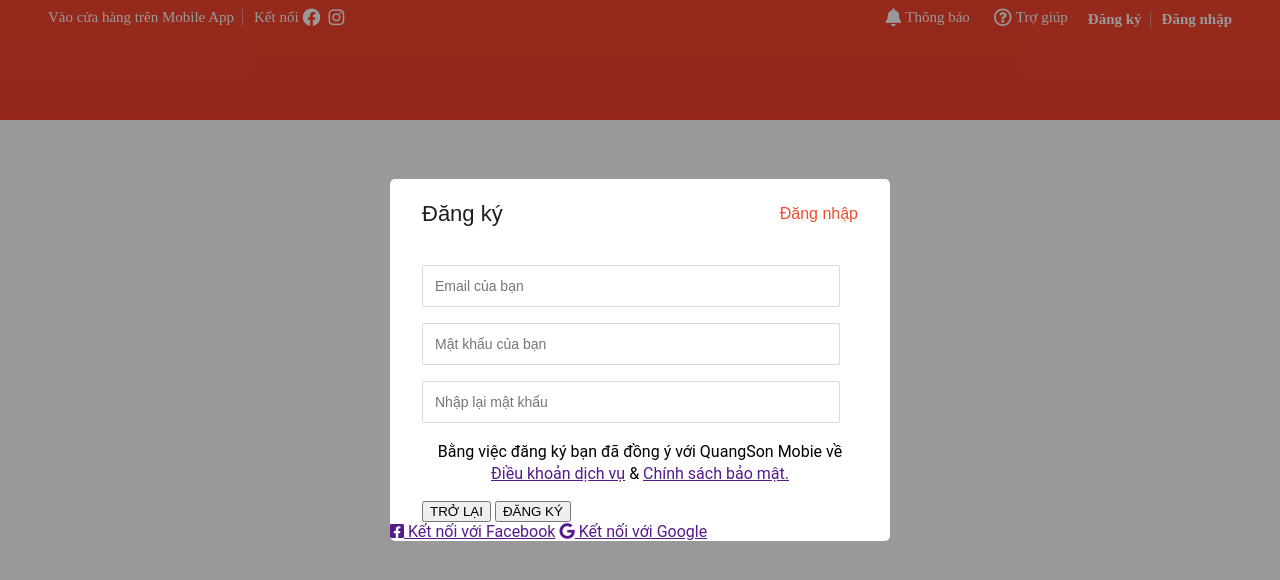
Repository: Qson412/BTL_Web
Page: index.html
An editor plug-in stored every save of this project. The page is shown before and after the next save, followed by the edit.
The browser window is 1280 px wide. The pictures show the whole page.

Above is the page before, as saved 2021-11-29 11:36:16.

After the next save:
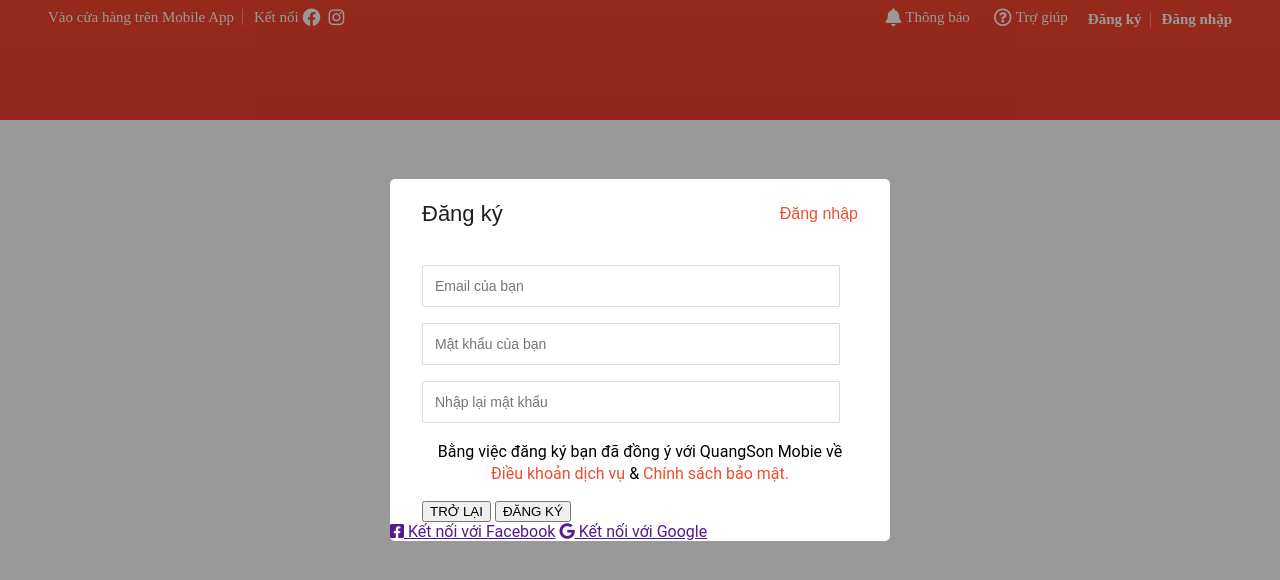
Saved 10 s later.
--- a/index.html
+++ b/index.html
@@ -146,8 +146,8 @@
                     </div>
                     <div class="auth-form__aside">
                         <p class="auth-form__policy-text">Bằng việc đăng ký bạn đã đồng ý với QuangSon Mobie về
-                            <a href="" class="auth-form__policy-link">Điều khoản dịch vụ</a> &
-                            <a href="" class="auth-form__policy-link">Chính sách bảo mật.</a>
+                            <a href="" class="auth-form__text-link">Điều khoản dịch vụ</a> &
+                            <a href="" class="auth-form__text-link">Chính sách bảo mật.</a>
                         </p>
                     </div>
                     <div class="auth-form__controls">
